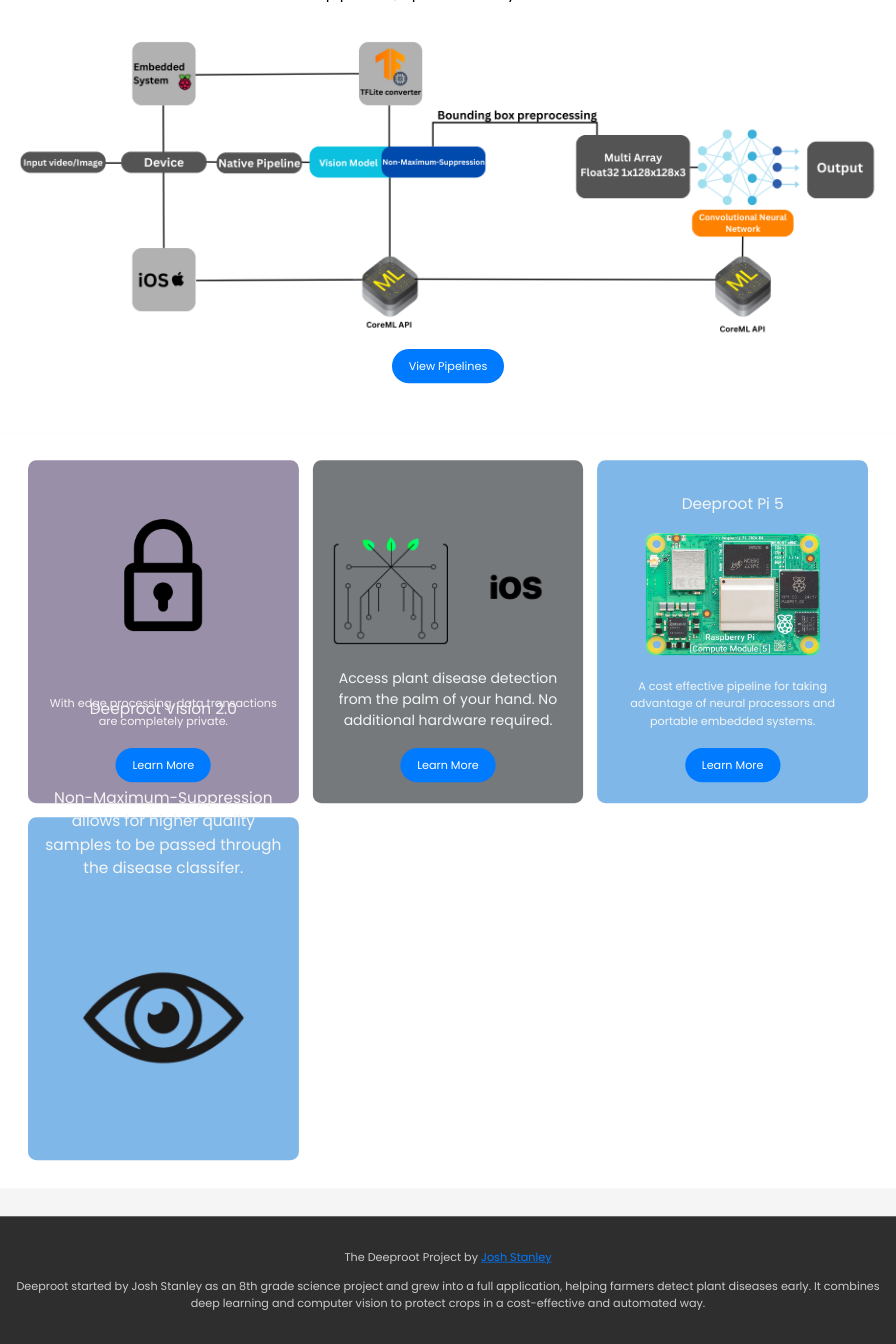
Repository: jss1118/The-Deeproot-Project
Page: Website/index.html
An editor plug-in stored every save of this project. The page is shown before and after the next save, followed by the edit.
The browser window is 1280 px wide. The pictures show the part of the page from y = 1292 to 3212 px (the page is 3212 px tall), at 70% of full size.

Above is the page before, as saved 2025-03-22 06:15:36.

### Website/index.html
<!DOCTYPE html>
<html lang="en">

<head>
  <meta charset="UTF-8">
  <meta name="viewport" content="width=device-width, initial-scale=1.0">
  <title>Deeproot A.I</title>
  <link href="https://fonts.googleapis.com/css2?family=Poppins:wght@400;600&display=swap" rel="stylesheet">
  <style>
    body {
      margin: 0;
      font-family: 'Poppins', sans-serif;
      overflow-x: hidden;
      background-color: #f5f5f5;
    }

    nav {
      background: rgba(22, 22, 22, 0.9);
      position: sticky;
      top: 0;
      width: 100%;
      z-index: 1000;
      display: flex;
      justify-content: center;
    }

    .navlinks {
      list-style: none;
      display: flex;
      gap: 30px;
      padding: 15px;
      margin: 0;
    }

    .navlink, .navicon svg {
      color: #d3d3d3;
      text-decoration: none;
      transition: color 0.3s;
    }

    .navlink:hover, .mainpagelink a:hover {
      color: white;
    }

    .mainpage2, .mainpage3, .mainpage4 {
      padding: 60px 20px;
      text-align: center;
    }

    .mainpage2 {
      background: linear-gradient(135deg, #2e2e2e, #4f4f4f);
      color: white;
    }

    .mainpage2 img, .mainpage3 img, .promo1 img {
      max-width: 100%;
      height: auto;

    }

    .mp2-title1 {
      font-size: 56px;
      font-weight: 600;
      margin-bottom: 15px;
    }

    .mp2-desc, .mp3desc, .titlefont {
      font-size: 22px;
      margin-bottom: 25px;
    }
    .promo4title {
      font-size: 22px;
      margin-bottom: 5px;
      position: relative;
      bottom: 67px;
    }
    .mainpagelink a {
      display: inline-block;
      margin: 10px;
      padding: 12px 24px;
      background: #007aff;
      color: white;
      border-radius: 25px;
      text-decoration: none;
      transition: background 0.3s;
    }

    .mainpage3 {
      background: white;
    }

    .mainpage3 img {
      margin-top: 20px;
      border-radius: 12px;
    }

    .mainpage4 {
      display: grid;
      grid-template-columns: repeat(auto-fit, minmax(300px, 1fr));
      gap: 20px;
      background-color: white;
      padding: 40px;
    }

    .promo1, .promo2, .promo3, .promo4, .promo5, .promo6 {
      background-size: cover;
      background-position: center;
      height: 450px;
      display: flex;
      flex-direction: column;
      justify-content: flex-end;
      padding: 20px;
      color: white;
      border-radius: 12px;
      position: relative;
    }

    .promo1 img, .promo2 img, .promo3 img, .promo4 img, .promo5 img, .promo6 img {
      margin-bottom: 10px;
    }

    .promo1 {
      background-color: #9a8fa8;
      color: #f5f5f5;
    }
    .promo2 {
      background-color: #75797c;
      color: #f5f5f5;
      background-size: cover;
      background-position: center;
      height: 450px;
      display: flex;
      flex-direction: column;
      justify-content: flex-end;
      padding: 20px;
      border-radius: 12px;
      position: relative;
    }
    .promo2 p {
      font-size: 20px;
      margin-bottom: 15px;
    }

    .promo3 {
      background-color: #7fb8e8;
      color: #f5f5f5;
      background-size: cover;
      background-position: center;
      height: 450px;
      display: flex;
      flex-direction: column;
      justify-content: flex-end;
      padding: 20px;
      border-radius: 12px;
      position: relative;
    }
    .promo4 {
      background-color: #7fb8e8;
      color: #f5f5f5;
      background-size: cover;
      background-position: center;
      height: 450px;
      display: flex;
      flex-direction: column;
      justify-content: flex-end;
      padding: 20px;
      border-radius: 12px;
      position: relative;

    }
    .promo1 img {
      width: 160px;
      height: auto;
      margin: 0 auto 15px auto;
      display: block;
      background: none;
      position: relative;
      bottom: 60px;
    }

    .promo2 img {
      width: 360px;
      height: 400px;
      margin: 0 auto 15px auto;
      display: block;
      border-radius: 10px;

      position: relative;
      top: 100px;
    }
    .promo3 img {
      width: 250px;
      height: 175px;
      margin: 0 auto 15px auto;
      display: block;
      border-radius: 10px;

      position: relative;

    }

    footer {
      background-color: #2e2e2e;
      color: #ccc;
      text-align: center;
      padding: 30px 20px;
      margin-top: 40px;
    }

    footer a {
      color: #007aff;
      text-decoration: underline;
    }

    @media (max-width: 768px) {
      .mp2-title1 { font-size: 40px; }
      .mp2-desc, .mp3desc { font-size: 18px; }
      .mainpagelink a { padding: 10px 20px; }
    }
  </style>
</head>

<body>
  <nav>
    <ul class="navlinks">
      <li><a class="navlink" href="/">iOS</a></li>
      <li><a class="navlink" href="/applestore">Raspberry Pi 5</a></li>
      <li><a class="navlink" href="/">Native</a></li>
      <li><a class="navlink" href="/">State-of-the-art Models</a></li>
      <li><a class="navlink" href="/">Developers</a></li>
    </ul>
  </nav>

  <section class="mainpage2">
    <h1 class="mp2-title1">Deeproot</h1>
    <p class="mp2-desc">Portable. Fast. Secure.</p>
    <p class="mp2-desc">The all-in-one automated solution for early plant disease detection.</p>
    <div class="mainpagelink"><a href="#">Learn More</a></div>
    <img src="wide logo.png" alt="Deeproot Logo">
  </section>

  <section class="mainpage3">
    <p class="mp3desc">Three pipelines, optimized for your use case.</p>
    <img src="newgraph.png" alt="Machine Learning Pipelines">
    <div class="mainpagelink"><a href="#">View Pipelines</a></div>
  </section>

  <section class="mainpage4">
    <div class="promo1">
      <img src="lock.fill.png" alt="Promo icon">
      <p>With edge processing, data transactions are completely private. </p>
      <div class="mainpagelink"><a href="#">Learn More</a></div>
    </div>
    <div class="promo2">
      <img src="deeprootios.png" alt="ios icon">
      <p>Access plant disease detection from the palm of your hand. No additional hardware required.</p>
      <div class="mainpagelink"><a href="#">Learn More</a></div>
    </div>



    <div class="promo3">
      <p class="titlefont">Deeproot Pi 5</p>
      <img src="piembedded.png" alt="Raspberry pi embedded">
      <p>A cost effective pipeline for taking advantage of neural processors and portable embedded systems.</p>
      <div class="mainpagelink"><a href="#">Learn More</a></div>
    </div>
    <div class="promo4">
      <p class="promo4title">Deeproot Vision 2.0</p>
      <p class="mp3desc">Non-Maximum-Suppression allows for higher quality samples to be passed through the disease classifer.</p>

      <img src="eye.png" alt="eye image">
    </div>
    <div class="promo5"></div>
    <div class="promo6"></div>
  </section>

  <footer>
    <p>The Deeproot Project by <a href="https://github.com/jss1118/Deeproot-AI">Josh Stanley</a></p>
    <p>Deeproot started by Josh Stanley as an 8th grade science project and grew into a full application, helping farmers detect plant diseases early. It combines deep learning and computer vision to protect crops in a cost-effective and automated way.</p>
  </footer>
</body>
</html>

After the next save:
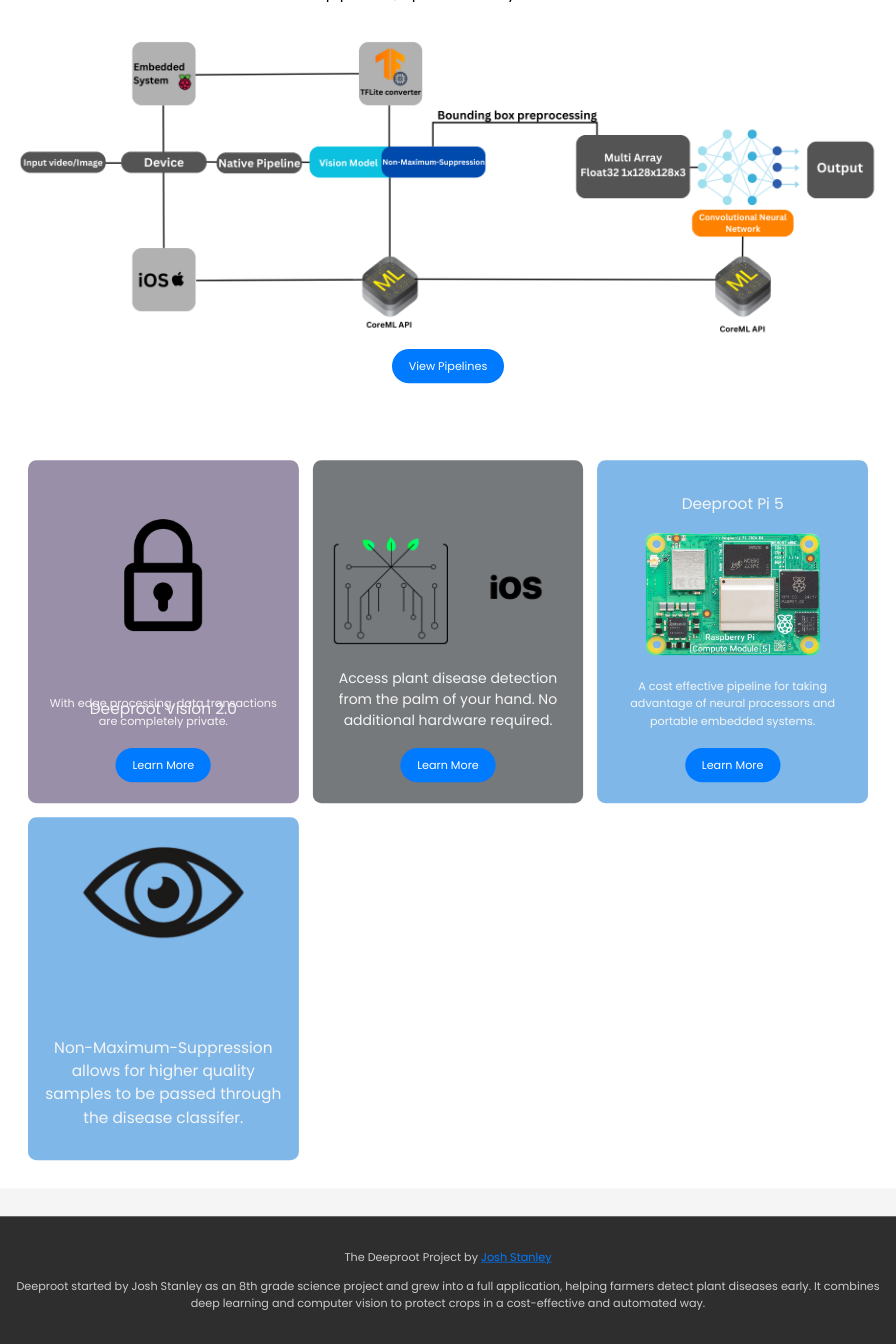
Saved 21 s later.
--- a/Website/index.html
+++ b/Website/index.html
@@ -267,9 +267,8 @@
     </div>
     <div class="promo4">
       <p class="promo4title">Deeproot Vision 2.0</p>
+      <img src="eye.png" alt="eye image">
       <p class="mp3desc">Non-Maximum-Suppression allows for higher quality samples to be passed through the disease classifer.</p>
-
-      <img src="eye.png" alt="eye image">
     </div>
     <div class="promo5"></div>
     <div class="promo6"></div>
